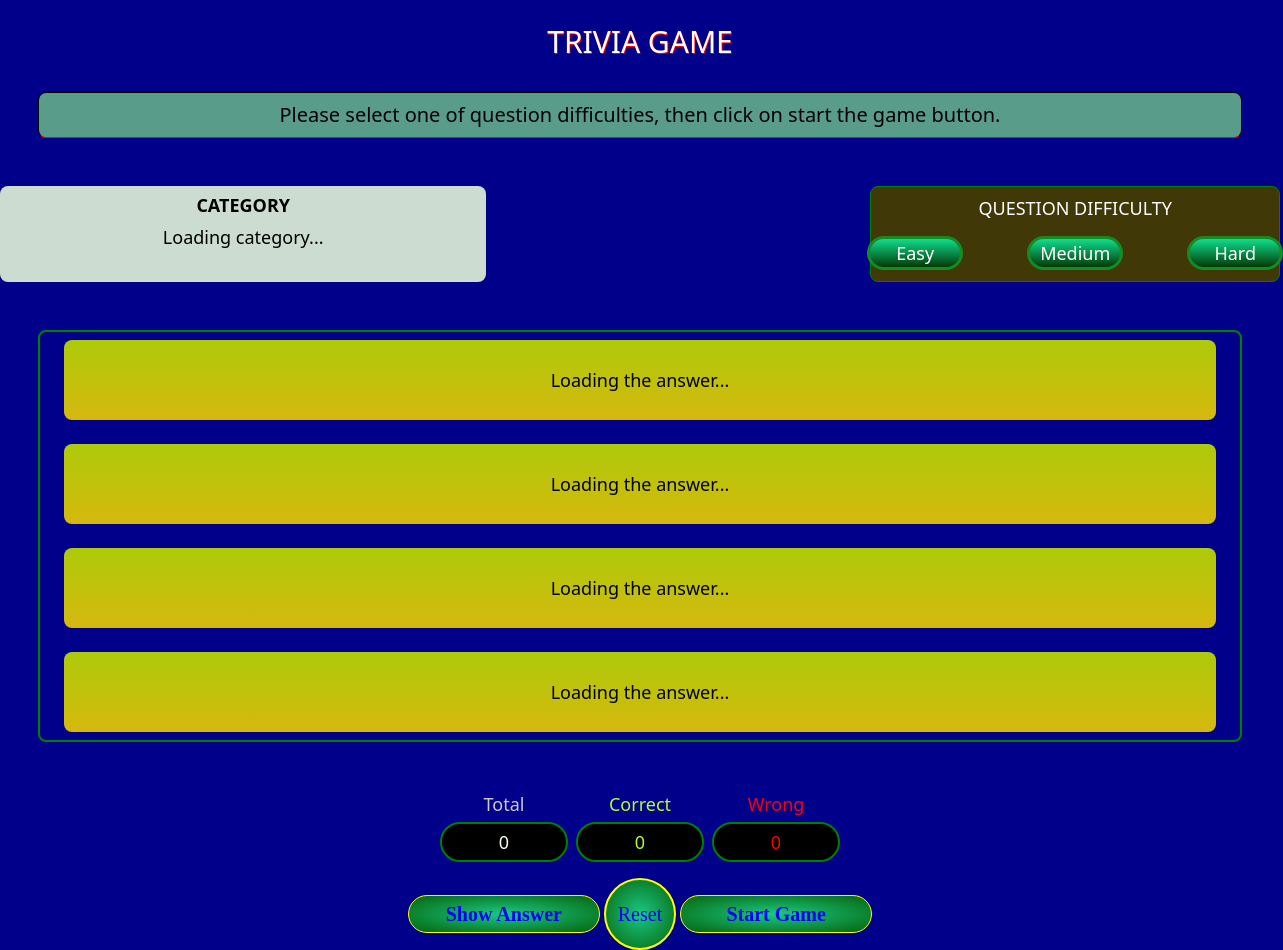
Repository: ShindanoSingi/bembe-trivia
Page: index.html
These files come from the project's save history. The page is drawn as it stood at one moment and after the next save; the edit follows.
The browser window is 1280 px wide. The page is 1283 px wide, then 1280 px, so the pictures cover 1283 px, including what lies to the right of the window. The pictures show the whole page.
Some web libraries are served in a nearby version.

Above is the page before, as saved 2022-09-08 03:05:46.

### index.html
<!DOCTYPE html>
<html lang="en">

  <head>
    <meta charset="UTF-8">
    <meta http-equiv="X-UA-Compatible" content="IE=edge">
    <meta name="viewport" content="width=device-width, initial-scale=1.0">
    <link rel="stylesheet" href="style.css">
    <script src="https://cdn.tailwindcss.com"></script>
    <title>Trivia Game</title>
  </head>

  <body class="">
    <div class="containerBox max-h-[100vh] my-2 flex my-2 flex-col gap-[3rem]">
      <h1 class="text-center text-3xl relative top-4">TRIVIA GAME</h1>
      <div class="questionBox text-center w-[94vw] md:text-xl h-[6.5rem] p-2 md:p-2 mx-auto rounded-lg">
        Please select one of question difficulties, then click on start the game button.
      </div>
      <div class="category-and-difficulty-container items-center justify-between flex">
        <div class="category-container w-[38vw] md:h-[6rem] h-[4.5rem] bg-[#CDDCD1] flex items-center flex-col py-[0.3rem] rounded-lg">
          <div class="labelCategory text-sm md:text-lg font-bold md:font-bold text-black">CATEGORY</div>
          <div class="category text-sm md:text-lg text-center p-1 rounded-lg">
            Loading category...
          </div>
        </div>
        <div class="qDifficultyBox w-[50vw] xl:w-[32vw] pb-1 rounded-lg items-center flex h-[4.5rem] md:h-[6rem] justify-around flex-col">
          <div id="question" class="qCat md:text-lg text-sm">QUESTION DIFFICULTY</div>
          <div class="difficulties-container lg:gap-10 xl:gap-10 md:flex md:space-x-6 flex gap-1">
            <button class="difficulty px-1.5 md:w-[6rem] text-sm md:text-lg rounded-full" id="easy">Easy</button>
            <button class="difficulty md:w-[6rem] px-1.5 rounded-full md:text-lg text-sm" id="medium">Medium</button>
            <button class="difficulty md:w-[6rem] px-1.5 text-sm md:text-lg rounded-full" id="hard">Hard</button>
          </div>
        </div>
      </div>
      <div class="answersButtons imgAndQuestions mx-auto img w-[94vw] h-[28rem] flex  justify-center items-center p-2 gap-6 flex-col">
        <button class="showAnswer md:text-lg w-[90vw] p-1 absolute bottom-[17rem] mx-auto text-sm h-[5rem]">Loading the answer...</button>
        <button class="response md:text-lg w-[90vw] p-1 text-center text-md h-[5rem]" id="response1">Loading the answer...</button>
        <button class="response md:text-lg w-[90vw] p-1 text-md h-[5rem]" id="response2">Loading the answer...</button>
        <button class="response md:text-lg w-[90vw] p-1 text-md h-[5rem]" id="response3">Loading the answer...</button>
        <button class="response md:text-lg w-[90vw] p-1 text-md h-[5rem]" id="response4">Loading the answer...</button>
      </div>
      <div id="bottomPart" class="flex  mx-auto flex-col items-center gap-4">
        <div class="labelsAndButtons relative left-1 flex space-x-2">
          <div class="question-number flex flex-col items-center">
            <p class="labels md:text-lg pb-1" id="labelQ">Total</p>
            <div class="bottombuttons md:w-[8rem] md:text-lg w-[5rem] text-center py-1" id="questionNumber">0</div>
          </div>
          <div class="correct-answers md:text-lg flex flex-col items-center">
            <p class="labels pb-1" id="labelC">Correct</p>
            <div class="bottombuttons md:text-lg w-[5rem] md:w-[8rem] text-center py-1" id="correct">0</div>
          </div>
          <div class="wrong-answers md:text-lg flex flex-col items-center">
            <p class="labels pb-1" id="labelW">Wrong</p>
            <div class="bottombuttons md:w-[8rem] md:text-lg w-[5rem] text-center py-1" id="wrong">0</div>
          </div>
          <div class="timerQuestionCorrectWrong"></div>
        </div>
        <div class="threeBottomButtons">
          <button class="w-[8rem] text-lg md:text-xl md:w-48 py-1" id="showAnswer">Show Answer</button>
          <button class="reset text-lg p-1 md:w-[4.5rem] md:text-xl md:h-[4.5rem] w-[3.5rem] h-[3.5rem] rounded-full">Reset</button>
          <button class="startGame text-lg w-[8rem] md:text-xl md:w-48 py-1">Start Game</button>
        </div>
      </div>
    </div>
    <script src="./script.js"></script>
  </body>
</html>

### style.css
/* @media screen and (min-width: 1024px) {
    .difficulties-container{
       display: flex;
       align-items: space-around;
    }
} */

/* iPhone 8 and smaller */
@media screen and (min-width: 320px) {
    /*  Set h1 text to red */
    h1 {
        color: #fff;
        text-shadow: 0.05rem 0.05rem red;
    }

    /* The box containing the question */
    .questionBox {
        color: rgb(0, 0, 0);
        border: 0.02rem solid;
        background-color: rgb(89, 156, 138);
        border-bottom-color: red;
    }

    /* Label for category */
    .labelCategory {
        color: white;
    }

    /* The show answer message box */
    .showAnswer {
        color: honeydew;
        visibility: hidden;
        border: 0.1rem solid green;
        border-radius: 0.5rem;
        background-color:rgb(2, 27, 3);
    }
    /*  Individual difficulty button */
    .difficulty {
        background-image: linear-gradient(rgb(16, 221, 142), rgb(4, 58, 7));
        border: 0.2rem solid rgb(21, 139, 35);
        color: white;
    }

    /*  Class containing all difficulty buttons */
    .difficulties-container {
        border-color: green;
    }
    /* The box containing difficulty buttons */
    .qDifficultyBox {
        border: 0.14vh solid green;
        background-color: rgb(65, 56, 8);
        color: white;
    }

    /* image */
    .img {
        border: 0.15rem solid green;
        border-radius: 0.5rem;
    }
    /* all response buttons */
    .response {
        border-color: green;
        background-image: linear-gradient(rgb(173, 202, 9), rgb(214, 184, 14));
        color: black;
        border-radius: 0.5rem;
    }
    /* All response buttons */
    .response:hover {
        background-image: linear-gradient(rgb(32, 90, 165), rgb(72, 168, 192));
    }

    /* Show answer button */
    #showAnswer {
        color: blue;
        border: 0.54vh solid green;
        border: 0.27vh solid yellow;
        border-radius: 20rem;
        font-family: cursive;
        font-weight: bold;
        background-image: radial-gradient(rgb(25, 201, 133), rgb(6, 99, 10));
    }
    #showAnswer:hover {
        background-image: radial-gradient(rgb(201, 25, 25), rgb(93, 99, 6));
        color: white;
    }
    /* Start game button */
    .startGame {
        color: blue;
        border: 0.54vh solid green;
        border: 0.27vh solid yellow;
        border-radius: 20rem;
        font-family: cursive;
        font-weight: bold;
        background-image: radial-gradient(rgb(25, 201, 133), rgb(6, 99, 10));
    }
    /* Start game button */
    .startGame:hover {
        background-image: radial-gradient(rgb(201, 25, 25), rgb(93, 99, 6));
        color: white;
    }
    /* Reset button */
    .reset {
        color: blue;
        border: 0.5rem solid green;
        border: 0.15rem solid yellow;
        font-family: cursive;
        background-image: radial-gradient(rgb(25, 201, 133), rgb(6, 99, 10));
    }
    /* Reset button */
    .reset:hover {
        background-image: radial-gradient(rgb(201, 25, 25), rgb(93, 99, 6));
        color: white;
    }

    /* Class containing the 3 bottom labels  (total questions, correct answers and wrong answers) */
    .question-number {
        color: rgb(205, 200, 200);
    }

    .correct-answers {
        color: greenyellow;
    }

    .wrong-answers {
        color: red;
    }

    /* The bottom boxes for total question number, correct answers and wrong answers */
    .bottombuttons {
        border: 0.15rem solid green;
        background-color: black;
        color: honeydew;
        border-radius: 2rem;
    }

    /* Set the wrong anser to red */
    #wrong {
        color: rgb(255, 0, 0);
    }
    /* Set the correct anser to green */
    #correct {
        color: greenyellow;
    }

    /* Change the color when "easy" button is hovered over */
    #easy:hover {
        background-image: linear-gradient(rgb(202, 9, 9), rgb(214, 184, 14));
    }
    /* Change the color when "easy" button is hovered over */
    #medium:hover {
        background-image: linear-gradient(rgb(202, 9, 9), rgb(214, 184, 14));
    }
    /* Change the color when "easy" button is hovered over */
    #hard:hover {
        background-image: linear-gradient(rgb(202, 9, 9), rgb(214, 184, 14));
    }

    body {
      background-color: darkblue;
    }
}

### script.js
// Declaring variables

// Capture win window
let winWindow = document.querySelector('.win');

// Declae win reset button
let winResetButton = document.querySelector('.winReset');

// define lose reset button
let loseResetButton = document.querySelector('.loseReset');

// define lose window
let loseWindow = document.querySelector('.lose');

// define win image
// let winImage = document.querySelector('.winImage')

// define a message if the payer loses the game
let loseMessage = document.querySelector('#losePar');

// define
let video = document.querySelector('#myVideo');

// Get Body content
let body = document.querySelector('body');

// This will hold category information
let category = document.querySelector('.category');

// This will hold the question
let question = document.querySelector('.questionBox');

// This is for all response buttons
let answerButtons = document.querySelector('.answersButtons');

// Define difficulty buttons
let difficultyButtons = document.querySelector('.difficulties-container');

// Define image
// let image = document.querySelector('img');

// Define audio button
let audioButton = document.querySelector('.audio');

// Declaring individual difficulty buttons
let easyButton = document.querySelector('#easy');
let mediumButton = document.querySelector('#medium');
let hardButton = document.querySelector('#hard');

// This is for individual responses
let response1 = document.querySelector('#response1');
let response2 = document.querySelector('#response2');
let response3 = document.querySelector('#response3');
let response4 = document.querySelector('#response4');

// Define the total number of questions' box.
let totNumQuestionsBox = document.querySelector('#questionNumber');

// This will hold number of correct answers
let cAnswer = document.querySelector('#correct');

// This will hold number of wrong answers
let wAnswer = document.querySelector('#wrong');

// Define the "show answer" button
let showAnswerButton = document.querySelector('#showAnswer');

let corrAnswer;

// Create new audio objects
// Code source: https://www.w3schools.com/jsref/met_audio_play.asp
let audio = new Audio('general-logo-13395.mp3');

let questionscoreCount = 0;
let correctAnswerScoreCount = 0;
let wrongAnswerscoreCount = 0;
let scoreCount = 0;
let clear = '';
let difficulty = '';

// Set winning scoreCount
let winningscoreCount = 6;

let highscoreCount = 0;

let startGame = document.querySelector('.startGame');

// Takes the response from fetch
let triviaQuestion;

// // Define a global url which will be accessed by multiple functions
// let url;

// // Array of all Images/jpg
// // https://www.pexels.com/search/environment/
// let arrayImages = [];
// arrayImages.push('pexels-ákos-szabó-440731.jpg');
// arrayImages.push('pexels-atikul-haque-rafat-679598.jpg');
// arrayImages.push('pexels-felix-mittermeier-957024.jpg');
// arrayImages.push('pexels-ian-turnell-709552.jpg');
// arrayImages.push('pexels-karolina-grabowska-5750182.jpg');
// arrayImages.push('pexels-mahima-1250260.jpg');
// arrayImages.push('pexels-mali-maeder-142497.jpg');
// arrayImages.push('pexels-matthias-cooper-580900.jpg');
// arrayImages.push('pexels-min-an-1131458.jpg');
// arrayImages.push('pexels-minamarie-michell-570041.jpg');
// arrayImages.push('pexels-olya-kobruseva-5236397.jpg');
// arrayImages.push('pexels-pixabay-33044.jpg');
// arrayImages.push('pexels-pixabay-221012.jpg');
// arrayImages.push('pexels-pixabay-235615.jpg');
// arrayImages.push('pexels-pixabay-259280.jpg');
// arrayImages.push('pexels-pixabay-302804.jpg');
// arrayImages.push('pexels-pixabay-414090.jpg');
// arrayImages.push('pexels-pixabay-459225.jpg');
// arrayImages.push('pexels-pixabay-459225.jpg');
// arrayImages.push('pexels-pixabay-460621.jpg');
// arrayImages.push('pexels-scott-webb-1048033.jpg');
// arrayImages.push('pexels-skitterphoto-9198.jpg');
// arrayImages.push('pexels-sohail-na-807598.jpg');

// for correct and wrong answer song; source code:
// https://www.dreamstime.com/stock-music-sound-effect/wrong-answer-answer.html

// Reset the game when the "Reset" button is clicked
let resetButton = document.querySelector('.reset');
resetButton.addEventListener('click', () => {

    // Code source: https://www.w3schools.com/jsref/met_audio_play.asp
    audio.volume = 0.2;

    // Refresh the page/window
    window.location.reload();
});

// Assign color to all answer buttons and call "play" function
let startButton = () => {

    // Increament the score count.
    scoreCount++;

    // Select all responses buttons.
    let responses = document.querySelectorAll('.response');
    responses.forEach(response => {
        response.style.backgroundImage = 'linear-gradient(rgb(173, 202, 9), rgb(57, 14, 214));'
    })

    // When the "Start The Game" button is presNexted, Call "play" function
    play();
}

// Select difficulty buttons
difficultyButtons.addEventListener('click', e => {

    // Target the element/button by its id.
    difficulty = e.target.id;

    // Only change the color "easy" button is selected, then enable "Start The Game"
    if (difficulty === 'easy') {

        // Only change the background of "easy button" to a different color, and let other bottons'
        // colors unchanged.
        e.target.style.backgroundImage = 'linear-gradient(rgb(9, 25, 202), rgb(81, 14, 214))';
        mediumButton.style.backgroundImage = `linear-gradient(rgb(16, 221, 142), rgb(4, 58, 7))`;
        hardButton.style.backgroundImage = `linear-gradient(rgb(16, 221, 142), rgb(4, 58, 7))`;

        // Start the Game when "Start The Game" is clicked
        let startGame = document.querySelector('.startGame');
        startGame.addEventListener('click', () => {
            startButton();
        });
    }

    // Only change the color "medium" button is selected, then enable "Start The Game"
    else if (difficulty === 'medium') {

        // Only change the background of "medium button" to a different color, and let other bottons'
        // colors unchanged.
        e.target.style.backgroundImage = 'linear-gradient(rgb(9, 25, 202), rgb(81, 14, 214))';
        easyButton.style.backgroundImage = `linear-gradient(rgb(16, 221, 142), rgb(4, 58, 7))`;
        hardButton.style.backgroundImage = `linear-gradient(rgb(16, 221, 142), rgb(4, 58, 7))`;

        // Start the Game when "Start The Game" is clicked
        startGame.addEventListener('click', () => {
            startButton();
        });
    }

    // Only change the color "hard" button is selected, then enable "Start The Game"
    else if (difficulty === 'hard') {

        // Only change the background of "hard button" to a different color, and let other bottons'
        // colors unchanged.
        e.target.style.backgroundImage = 'linear-gradient(rgb(9, 25, 202), rgb(81, 14, 214))';
        mediumButton.style.backgroundImage = `linear-gradient(rgb(16, 221, 142), rgb(4, 58, 7))`;
        easyButton.style.backgroundImage = `linear-gradient(rgb(16, 221, 142), rgb(4, 58, 7))`;



        // Start the Game when "Start The Game" is clicked
        startGame.addEventListener('click', () => {
            startButton();
        });
    }

    // Return the value of the chosen difficulty button.
    return difficulty;
})



// Play the game when the start game button is click.
function play() {

    // Define and get a random number
    // Source: https://www.w3schools.com/jsref/jsref_random.asp
    let randomQuestion = Math.floor(Math.random() * 10 + 9);

    // Get the question from the API
    // Source: https://opentdb.com/api_config.php
    url = `https://opentdb.com/api.php?amount=50&difficulty=${difficulty}&type=multiple`

    // Define an empty array that will hold the correct answer and 3 wrong answers
    let arr = [];

    // fetch the the result for the above url.
    fetch(url)
        .then(res => {
            return res.json()
        })

        .then(res => {

            triviaQuestion = res;

            // Capture the correct from the response
            corrAnswer = res.results[0].correct_answer;

            arr.push(res.results[0].correct_answer);
            arr.push(res.results[0].incorrect_answers[0])
            arr.push(res.results[0].incorrect_answers[2])
            arr.push(res.results[0].incorrect_answers[1])

            category.innerHTML = res.results[0].category
            question.innerHTML = res.results[0].question

            // Assigning answers to answers buttons
            response1.innerHTML = arr[0];
            response2.innerHTML = arr[1];
            response3.innerHTML = arr[2];
            response4.innerHTML = arr[3];

            // Shuffling the array to avoid answers pattern.
            for (let i = arr.length - 1; i > 0; i--) {
                let j = Math.floor(Math.random() * (i + 1))

                let tempNum = arr[i];
                arr[i] = arr[j];
                arr[j] = tempNum;
            }
        })
}


// Track the clicking event of each answerButton
answerButtons.addEventListener('click', (event) => {

    // Check if the selected answer is equal to correct answer
    if (event.target.innerText === triviaQuestion.results[0].correct_answer) {

        // Increment total number of question
        scoreCount++;

        // Increament the the number of correct answers.
        correctAnswerScoreCount++;

        // Write the correct answer in the correct answer box
        cAnswer.innerText = correctAnswerScoreCount;

        // for (let i = arrayImages.length - 1; i > 0; i--) {
        //     let j = Math.floor(Math.random() * (i + 1))

        //     let tempNum = arrayImages[i];
        //     arrayImages[i] = arrayImages[j];
        //     arrayImages[j] = tempNum;
        // }

        // Play a random video
        // image.src = arrayImages[1];

        // Set the background of the correct answer to green
        event.target.style.backgroundImage = `linear-gradient(rgb(0, 255, 106),
        rgb(9, 106, 28))`;

        // Call the next question
        nextQuestion()
    }

    // Check if the selected answer is not equal to the correct answer
    else if (event.target.innerText !== triviaQuestion.results[0].correct_answer) {

        // Play this audio if the answer is incorrect
        let audioWrongAnswer = new Audio('wrongAnswer.mp3');


        // for (let i = arrayImages.length - 1; i > 0; i--) {
        //     let j = Math.floor(Math.random() * (i + 1))

        //     let tempNum = arrayImages[i];
        //     arrayImages[i] = arrayImages[j];
        //     arrayImages[j] = tempNum;
        // }

        // Play a random video
        // image.src = arrayImages[0];

        // Incremment scoreCount
        scoreCount++;

        // Increament the the number of incorrect answers.
        wrongAnswerscoreCount++;

        // Set the background of the correct answer to red
        event.target.style.backgroundImage = 'linear-gradient(rgb(220, 7, 7), #fa0a0a)';

        // Write the incorrect answer in the wrong answer box
        wAnswer.innerHTML = wrongAnswerscoreCount;
    }

    // Call the next question
    nextQuestion();
})

// Refresh the window reset all numbers to 0 and all texts to empty.
function refreshWindow() {
    window.location.reload()
}

// This function runs when the player calls for the next question.
function nextQuestion() {


    // Source: https://www.w3schools.com/jsref/jsref_random.asp
    let randomQuestions = Math.floor(Math.random() * 10 + 9);

    let urlNext = `https://opentdb.com/api.php?amount=1&category=${randomQuestions}&type=multiple`

    let arrNext = [];

    fetch(urlNext)
        .then(resNext => {
            return resNext.json()
        })

        .then(resNext => {

            // Capture the correct from the response
            corrAnswer = resNext.results[0].correct_answer;

            // Assign the response from fetch to triviaQuestion
            triviaQuestion = resNext;

            arrNext.push(resNext.results[0].correct_answer);
            arrNext.push(resNext.results[0].incorrect_answers[0])
            arrNext.push(resNext.results[0].incorrect_answers[2])
            arrNext.push(resNext.results[0].incorrect_answers[1])

            // Shuffling the array to avoid answers pattern.
            // source: https://www.geeksforgeeks.org/how-to-shuffle-an-array-using-javascript/

            for (let i = arrNext.length - 1; i > 0; i--) {
                let j = Math.floor(Math.random() * (i + 1))

                let tempNums = arrNext[i];
                arrNext[i] = arrNext[j];
                arrNext[j] = tempNums;
            }

            // Assigning original coloanswers to answers buttons
            response1.innerHTML = arrNext[0];
            response1.style.backgroundImage = 'linear-gradient(rgb(173, 202, 9), rgb(57, 14, 214))'

            response2.innerHTML = arrNext[1];
            response2.style.backgroundImage = 'linear-gradient(rgb(173, 202, 9), rgb(57, 14, 214))'

            response3.innerHTML = arrNext[2];
            response3.style.backgroundImage = 'linear-gradient(rgb(173, 202, 9), rgb(57, 14, 214))'

            response4.innerHTML = arrNext[3];
            response4.style.backgroundImage = 'linear-gradient(rgb(173, 202, 9), rgb(57, 14, 214))'

            category.innerHTML = resNext.results[0].category
            question.innerHTML = resNext.results[0].question

            // console.log(resNext.results[0])

        })
}

// Display the answer if the "show Andwer" button is clicked for 1 second, then hide the answer.
showAnswerButton.addEventListener('click', () => {
    let answerBox = document.querySelector('.showAnswer');

    setTimeout(function () {
        answerBox.style.visibility = 'visible';
        answerBox.style.zIndex = '100';

        answerBox.innerHTML = corrAnswer;
        //Hide the answer
        setTimeout(function () {
            answerBox.style.visibility = 'hidden';

        }, 1000)
    }, 1000)

    if (answerBox.innerHTML === 'undefined') {
        answerBox.innerHTML = "Loading the answer...";
    }
    else {
        answerBox.innerHTML = "Loading the answer...";
    }
})

After the next save:
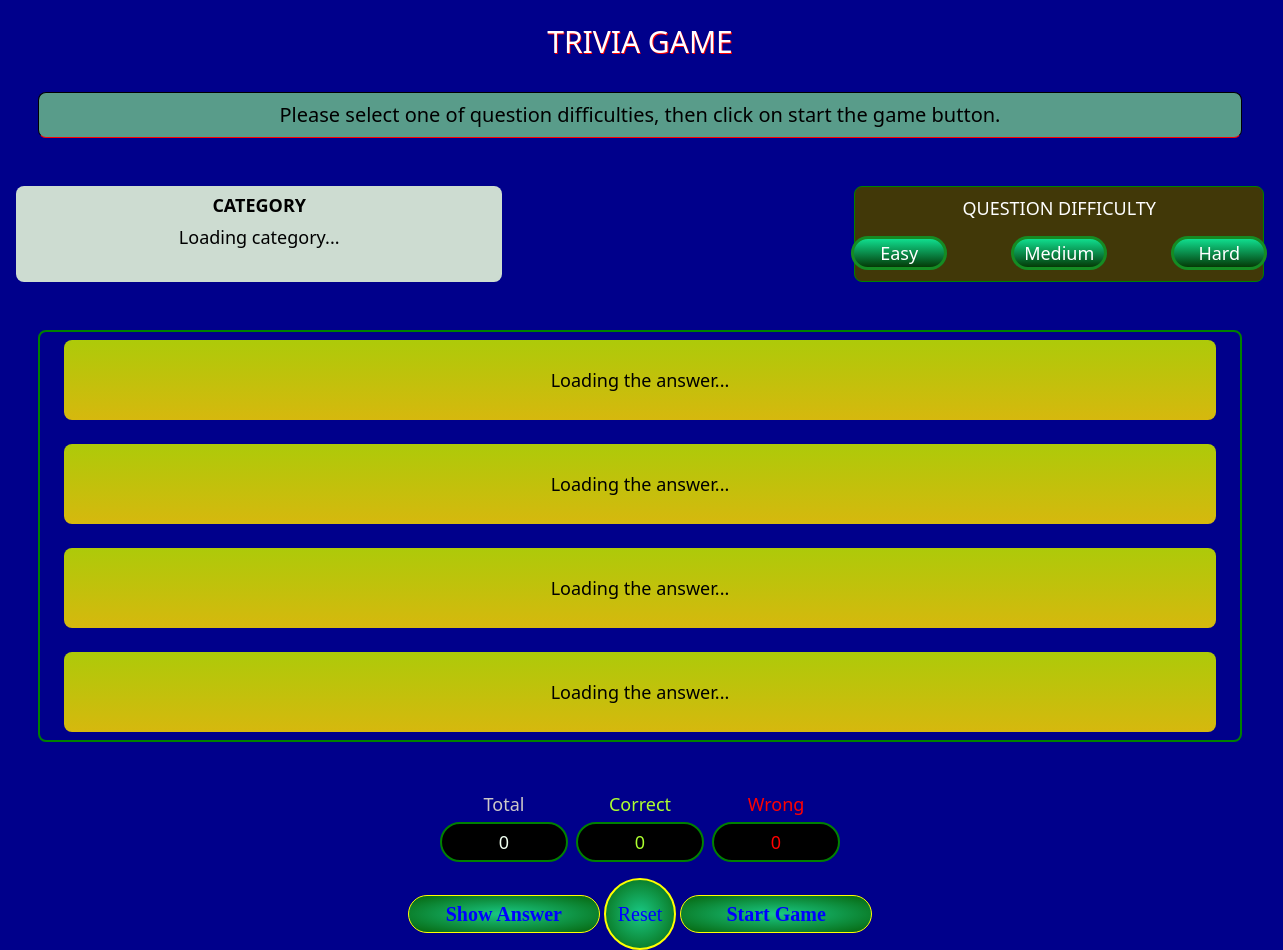
Saved 29 s later.
--- a/index.html
+++ b/index.html
@@ -16,7 +16,7 @@
       <div class="questionBox text-center w-[94vw] md:text-xl h-[6.5rem] p-2 md:p-2 mx-auto rounded-lg">
         Please select one of question difficulties, then click on start the game button.
       </div>
-      <div class="category-and-difficulty-container items-center justify-between flex">
+      <div class="category-and-difficulty-container items-center justify-between mx-4 flex">
         <div class="category-container w-[38vw] md:h-[6rem] h-[4.5rem] bg-[#CDDCD1] flex items-center flex-col py-[0.3rem] rounded-lg">
           <div class="labelCategory text-sm md:text-lg font-bold md:font-bold text-black">CATEGORY</div>
           <div class="category text-sm md:text-lg text-center p-1 rounded-lg">
